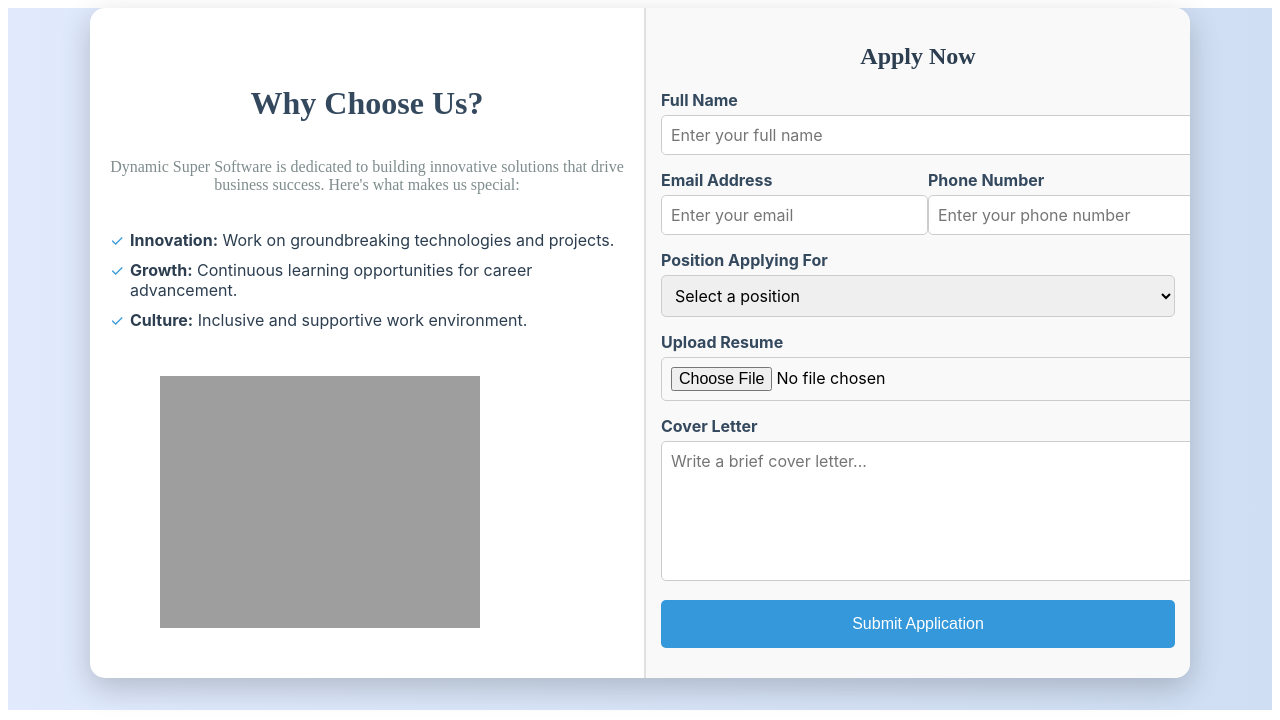
Repository: abhibkop27/CIMDR
Page: src/interview_form.html
The author's editor kept a copy of each file at every save. The page is drawn from the files as they stood at one save, then again after the next save.
The browser window is 1280 px wide. The pictures show the whole page.
Pictures or frames that could not be fetched are drawn as grey boxes.

Above is the page before, as saved 2025-01-20 15:41:39.

After the next save:
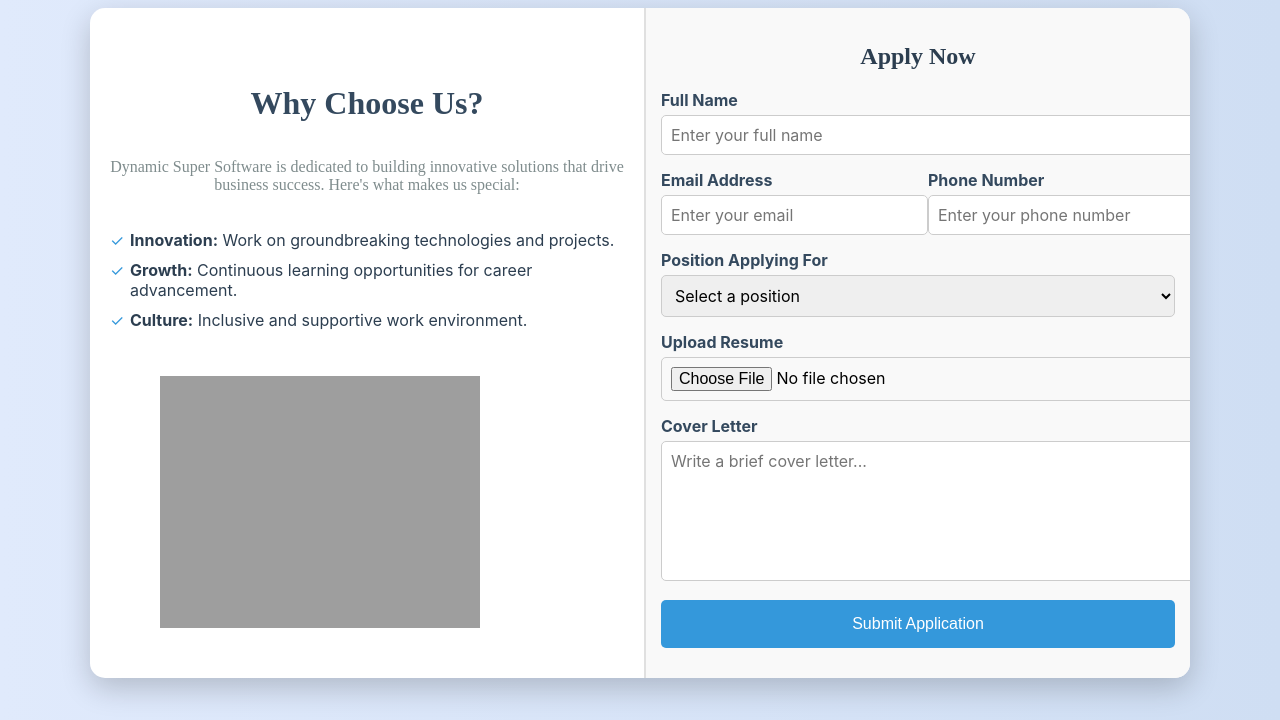
Saved 30 s later.
--- a/src/interview.css
+++ b/src/interview.css
@@ -1,10 +1,12 @@
 
 /* carrer */
 
-
+body{
+    background: linear-gradient(to right, #E0EAFC, #CFDEF3);
+}
 
 .container{
-    background: linear-gradient(to right, #E0EAFC, #CFDEF3);
+
     height: calc(100vh - 18px);
     margin: 0px;
 
